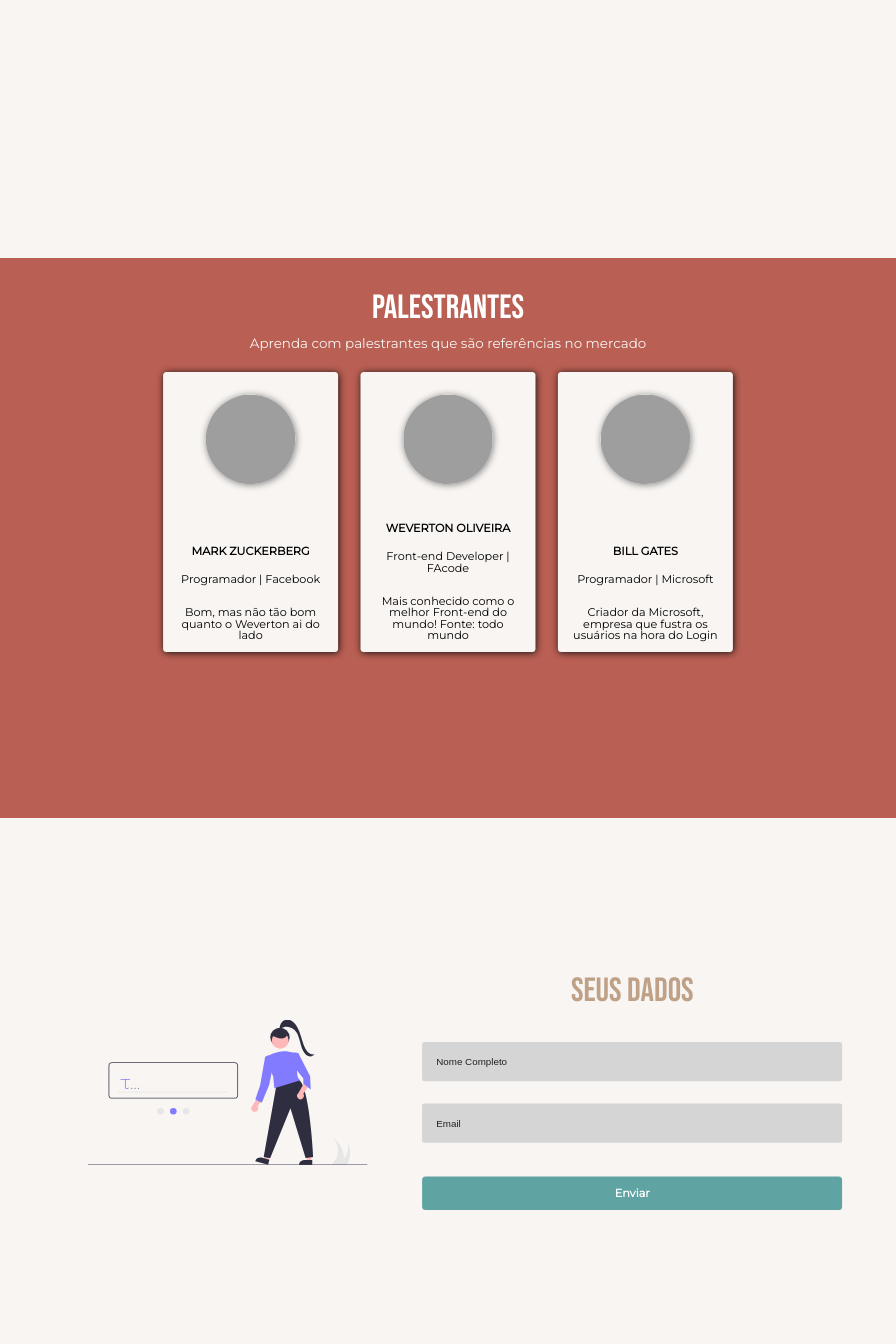
Repository: tomoliveira1/aluraconf
Page: index.html
The author's editor kept a copy of each file at every save. The page is drawn from the files as they stood at one save, then again after the next save.
The browser window is 1280 px wide. The pictures show the part of the page from y = 1152 to 3072 px (the page is 3072 px tall), at 70% of full size.
Pictures or frames that could not be fetched are drawn as grey boxes.

Above is the page before, as saved 2021-10-14 01:03:04.

After the next save:
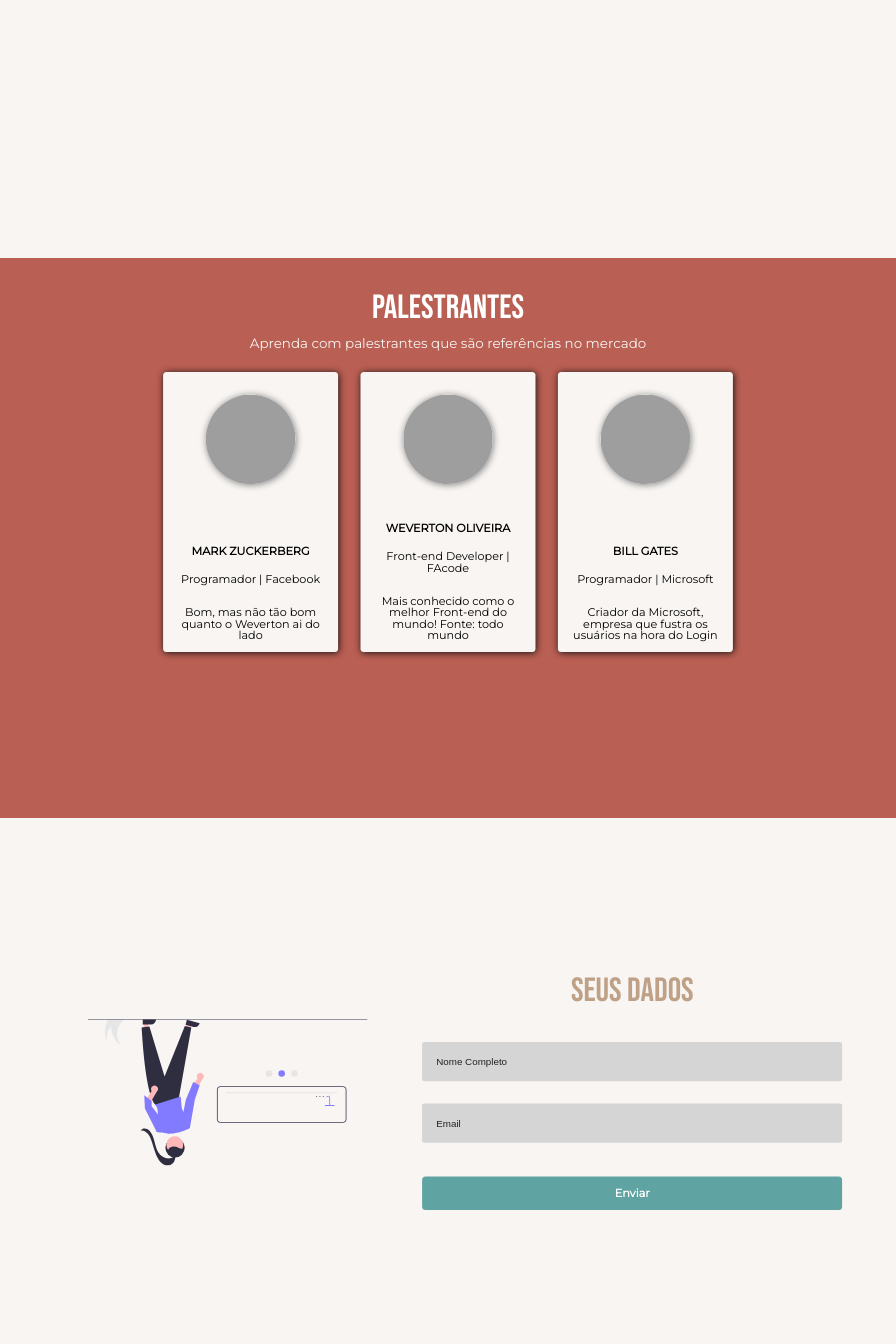
Saved 2 min 27 s later.
--- a/aluraconf/css/form.css
+++ b/aluraconf/css/form.css
@@ -77,5 +77,6 @@
     width: 400px;
     display: flex;
     position: relative;
+    rotate: 180deg;
   }
 }

After the 2 saves that followed:
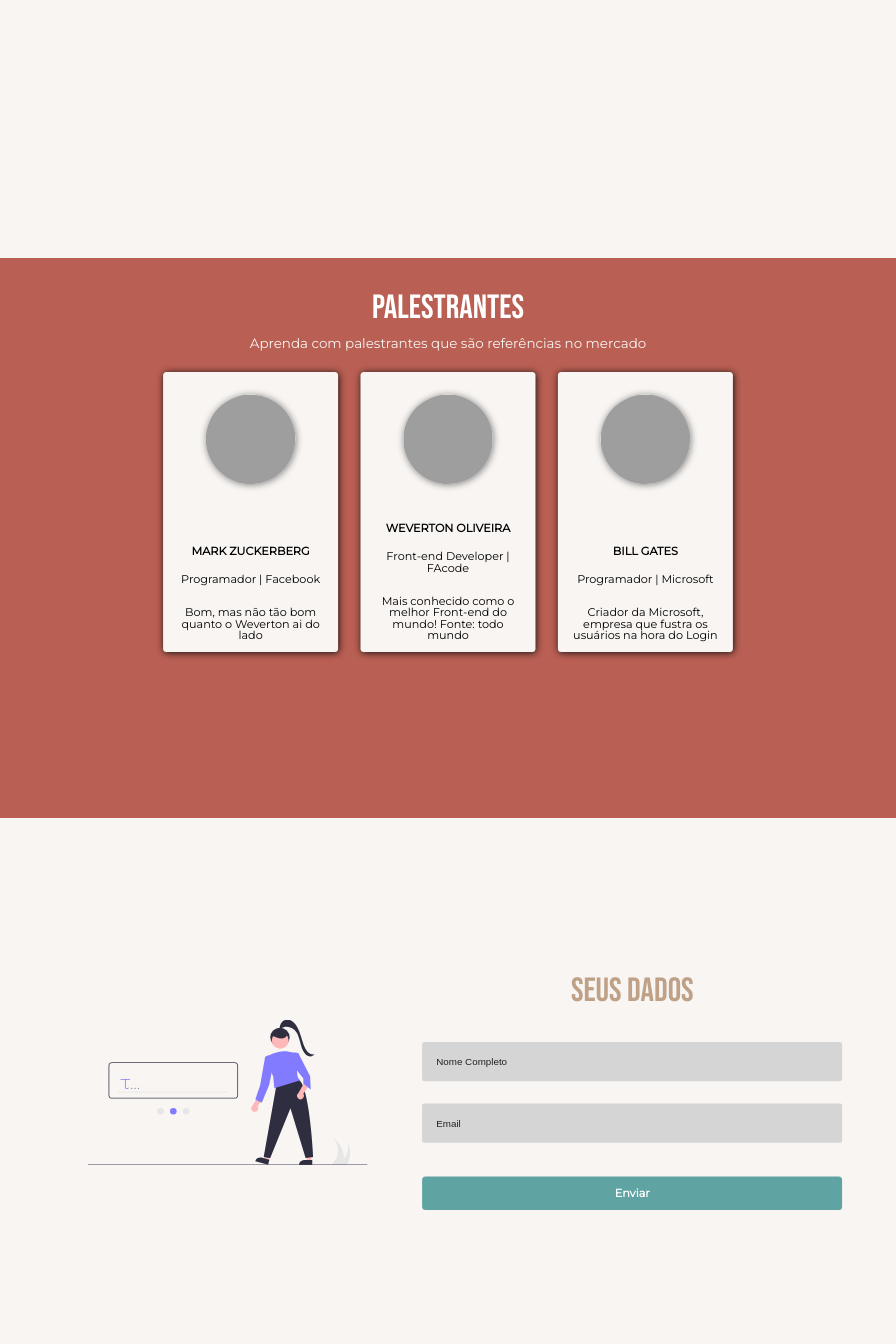
The 2 saves are shown as one change because they came seconds apart.
The last was saved 10 s later.
--- a/aluraconf/css/form.css
+++ b/aluraconf/css/form.css
@@ -77,6 +77,5 @@
     width: 400px;
     display: flex;
     position: relative;
-    rotate: 180deg;
   }
 }
